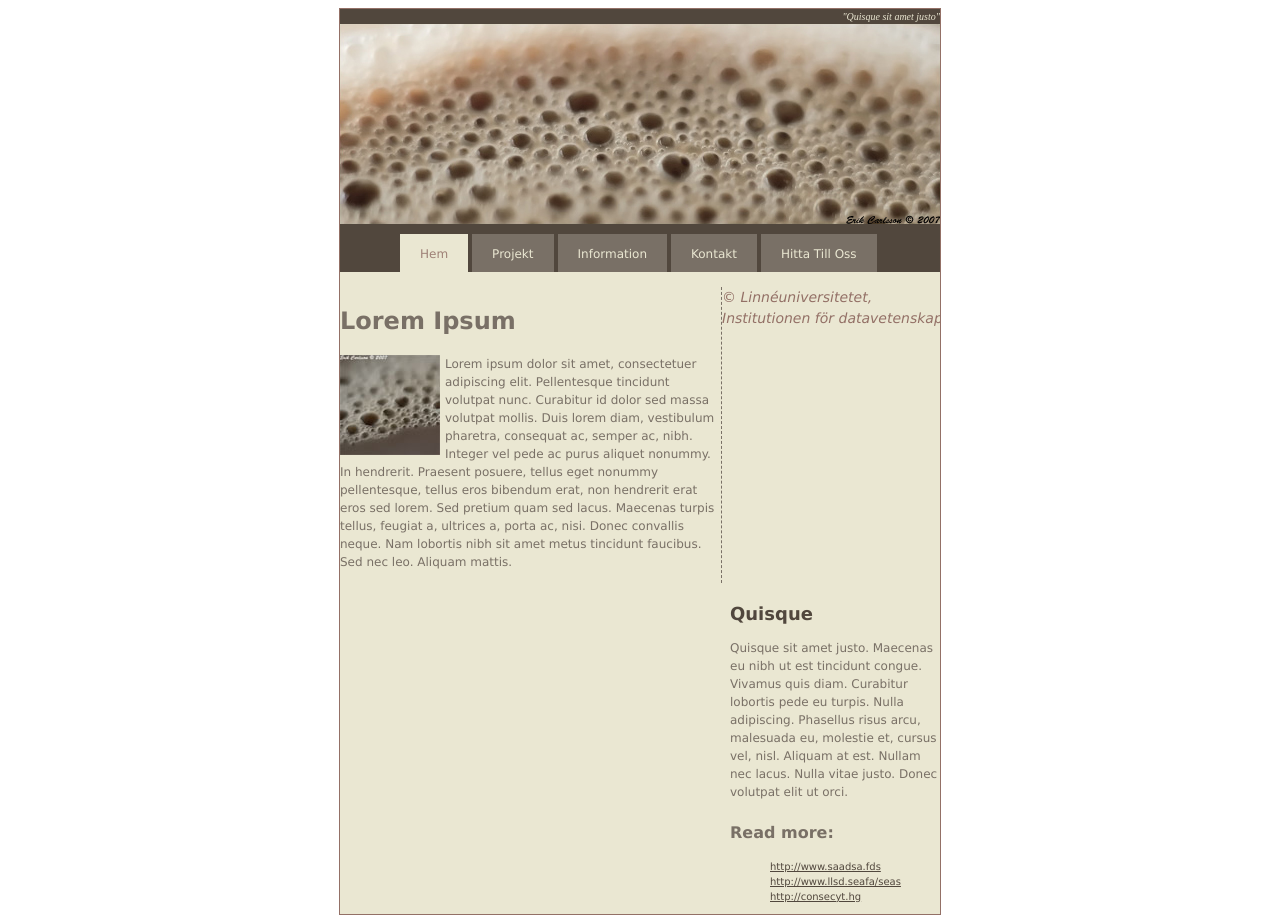
Repository: mh223ja/1ik415-js223mi-Uppgift-3-3
Page: index.html
The author's editor kept a record of every edit. The page is drawn from the files as they stood at one moment, then again after the next edit.
The browser window is 1280 px wide. The pictures show the whole page.

Above is the page before.

After the next edit:
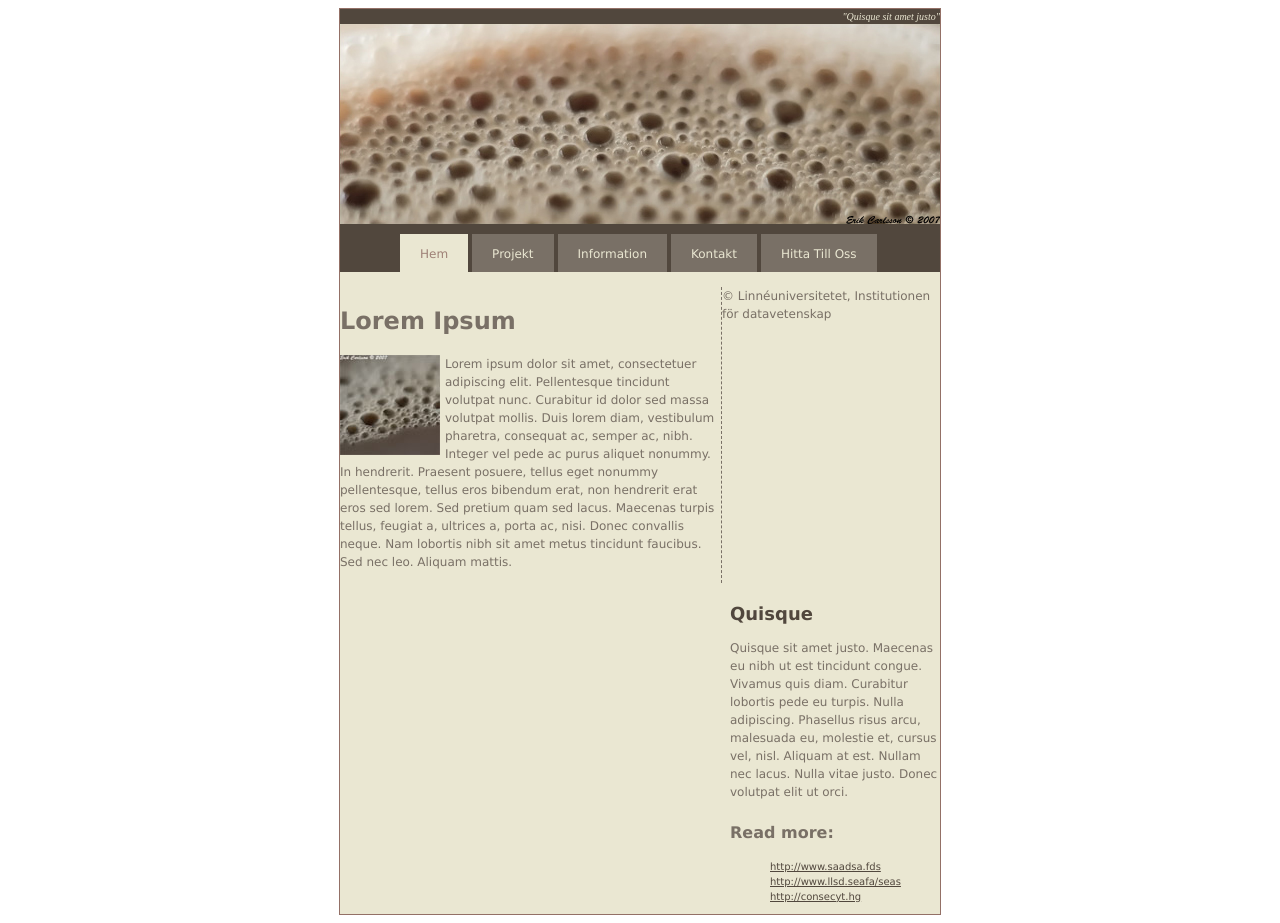
The edit:
--- a/css/basic.css
+++ b/css/basic.css
@@ -115,11 +115,3 @@
 	color: #9e8076 !important;
 
 }
-#bottomcontent{
-	font-style : italic;
-	width: 600px;
-	margin-bottom: 10px;
-	color: #937066;
-	font-size: 14px;
-	margin-left: 20px;
-}

After the edit that followed:
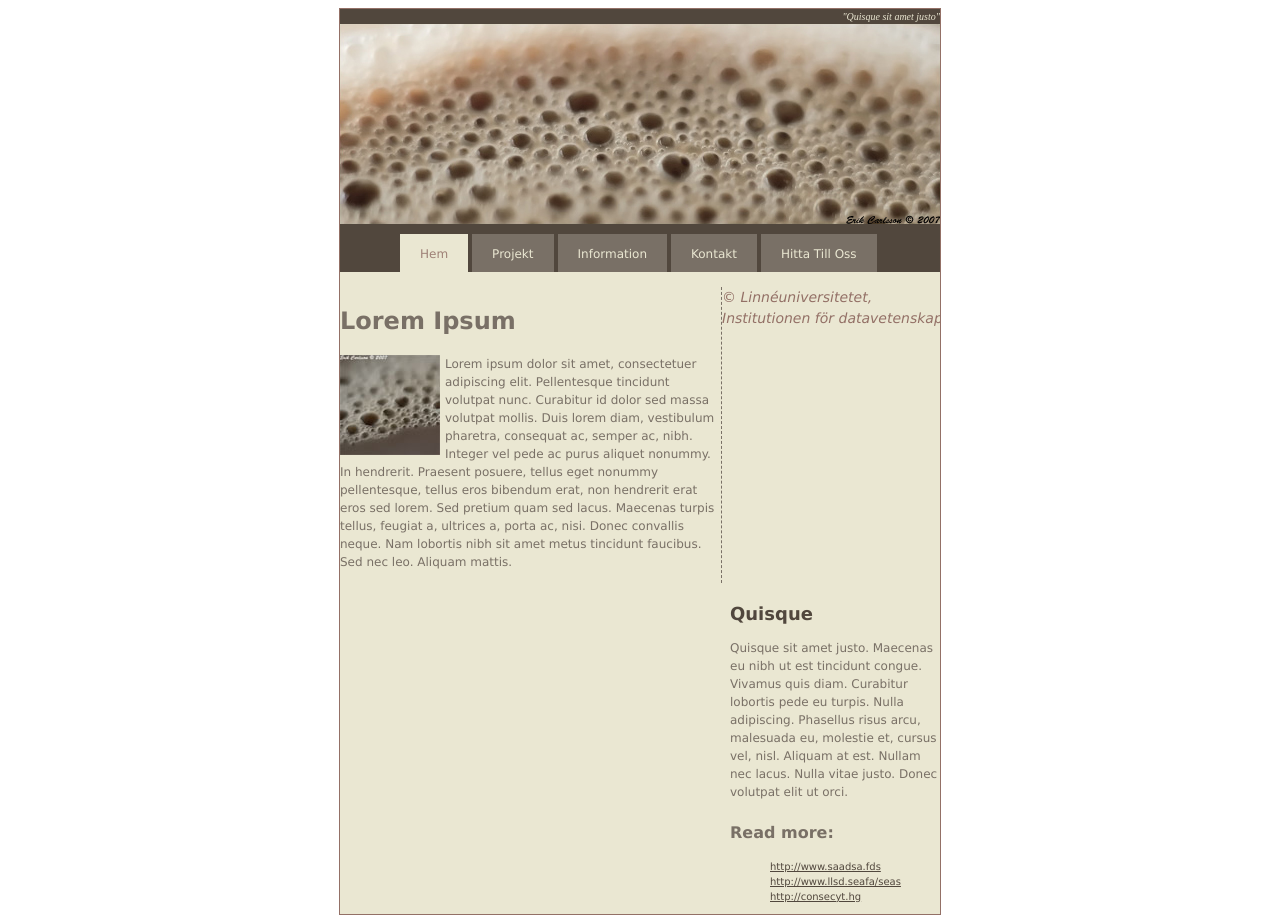
The edit:
--- a/css/basic.css
+++ b/css/basic.css
@@ -57,6 +57,15 @@
            font-size: 10px;
 
 }
+
+#bottomcontent{
+	font-style : italic;
+	width: 600px;
+	margin-bottom: 10px;
+	color: #937066;
+	font-size: 14px;
+	margin-left: 20px;
+}
 #maincontent img {
 	float: left;
 	margin-right: 5px;
